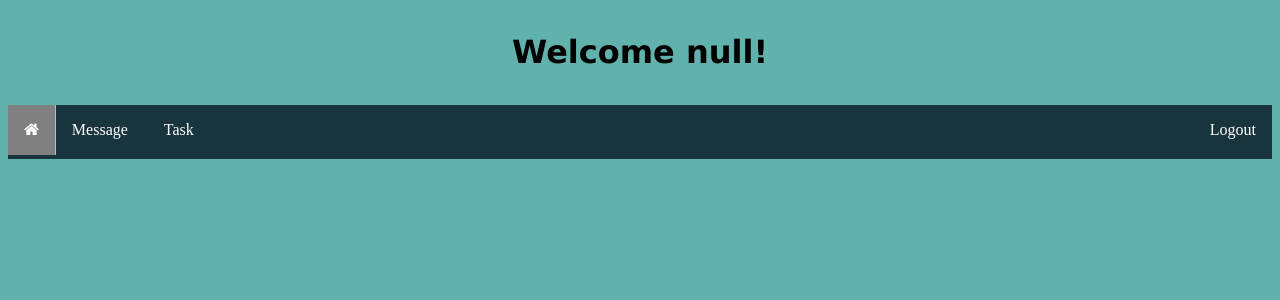
Repository: orsolyanemet/WebProject
Page: http://localhost/Project/userhome.jsp
The author's editor kept a copy of each file at every save. The page is drawn from the files as they stood at one save, then again after the next save.
The browser window is 1280 px wide. The pictures show the whole page.
The page is served by Tomcat 9. Nobody is signed in. The application's start-up code is not run. Other server files are loaded and not shown.

Above is the page before, as saved 2018-06-11 21:30:49.

### Project/WebContent/userhome.jsp
<!--Nemet Orsolya, noim1553, 532/1 csoport, Project -->
<!DOCTYPE html>
<html>
<head>
<title>Event Organizer</title>
<meta name="viewport" content="width=device-width, initial-scale=1">
<link rel="stylesheet"
	href="https://cdnjs.cloudflare.com/ajax/libs/font-awesome/4.7.0/css/font-awesome.min.css">
<link rel="stylesheet" type="text/css" href="styles/userhome.css">
</head>
<body>
	<h1>
		Welcome
		<%
		out.print(request.getSession().getAttribute("logedUsername"));
	%>!
	</h1>
	<ul>
		<li><a class="active" href="userhome.jsp"><i class="fa fa-home"></i></a></li>
		<div class="dropdown">
			<li class="dropbtn"><a href="">Message</a>
				<div class="dropdown-content">
					<a href=""><i class="fa fa-envelope-o"></i> Inbox</a> <a href=""><i class="fa fa-trash-o"></i>
						Trash</a>
				</div></li>
		</div>
		<div class="dropdown">
			<li class="dropbtn"><a href="">Task</a>
				<div class="dropdown-content">
					<a href=""><i class="fa fa-list"></i> List</a> <a href=""><i class="fa fa-check-square-o"></i> Change status</a><a href=""><i class="fa fa-list-alt"></i> Others tasks</a>
				</div></li>
		</div>
		<li class="right" onclick="logout('')"><a href="">Logout</a></li>
	</ul>
</body>
</html>

### Project/WebContent/styles/userhome.css
/*Nemet Orsolya, noim1553, 532 csoport*/
/*Project*/
body {
	background-color: #61b1ad;
}

h1 {
	text-align: center;
	font-family: Verdana;
	padding: 12px 20px;
}

h2, h3, h4 {
	font-family: Verdana;
}

ul {
	list-style-type: none;
	margin: 0;
	padding: 0;
	overflow: hidden;
	background-color: #18343c;
}

li {
	float: left;
	border-right: 1px solid #bbb;
}

li:last-child {
	border-right: none;
}

li a {
	display: block;
	color: white;
	text-align: center;
	padding: 16px 16px;
	text-decoration: none;
}

li a:hover:not (.active ) {
	background-color: #A9A9A9;
}

.active {
	background-color: #808080;
}

.right {
	float: right;
}

.dropbtn {
	color: white;
	font-size: 16px;
	border: none;
	cursor: pointer;
}

.dropdown {
	position: relative;
	display: inline-block;
}

.dropdown-content {
	display: none;
	position: fixed;
	background-color: #18343c;
	color: white;
	min-width: 80px;
	box-shadow: 0px 8px 16px 0px rgba(0, 0, 0, 0.2);
	z-index: 10;
}

.dropdown-content a {
	color: white;
	padding: 16px 16px;
	text-decoration: none;
	display: block;
}

.dropdown-content a:hover {
	background-color: #A9A9A9
}

.dropdown:hover .dropdown-content {
	display: block;
}
.left{
	float:left;
}

After the next save:
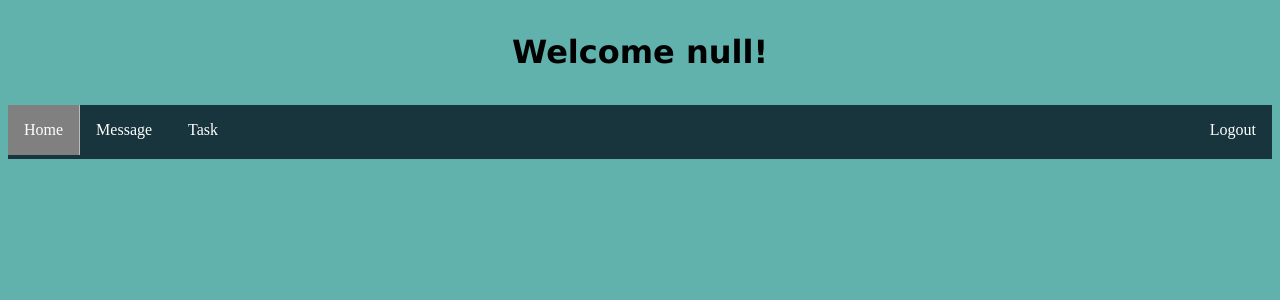
Saved 15 s later.
--- a/Project/WebContent/userhome.jsp
+++ b/Project/WebContent/userhome.jsp
@@ -16,7 +16,7 @@
 	%>!
 	</h1>
 	<ul>
-		<li><a class="active" href="userhome.jsp"><i class="fa fa-home"></i></a></li>
+		<li><a class="active" href="userhome.jsp">Home</a></li>
 		<div class="dropdown">
 			<li class="dropbtn"><a href="">Message</a>
 				<div class="dropdown-content">
